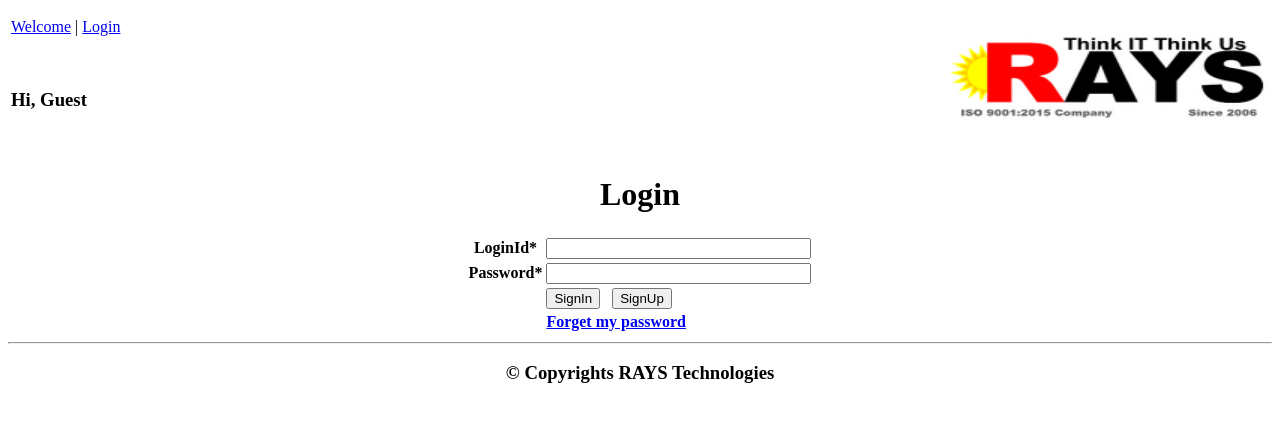
Repository: SonaliAvantika777/project-4
Page: http://localhost/ORS_Project_4/LoginCtl
The author's editor kept a copy of each file at every save. The page is drawn from the files as they stood at one save, then again after the next save.
The browser window is 1280 px wide. The pictures show the whole page.
The page is served by Tomcat 9.

Above is the page before, as saved 2022-12-24 07:56:59.

After the next save:
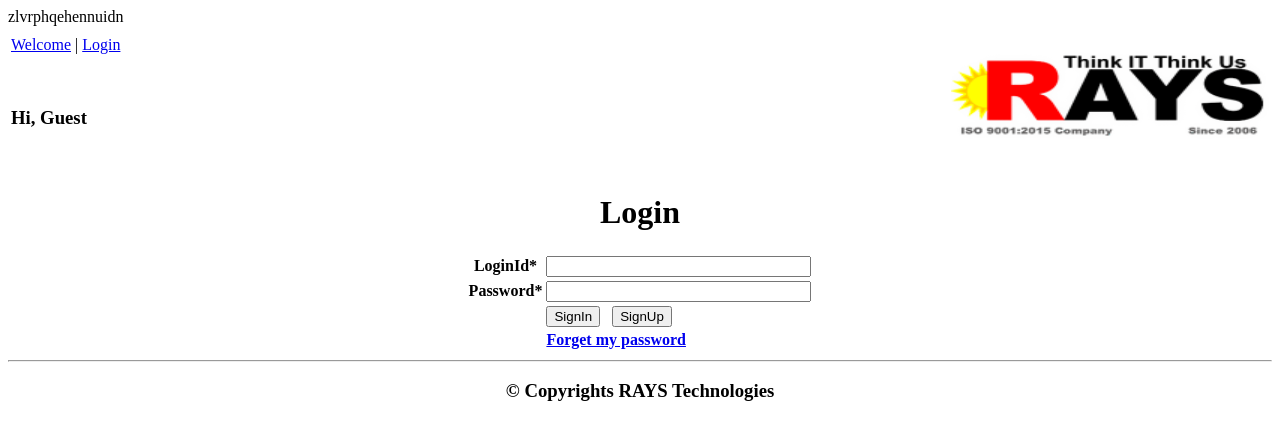
Saved 46 s later.
--- a/Project_4 Workspace/ORS_Project_4/src/main/webapp/jsp/LoginView.jsp
+++ b/Project_4 Workspace/ORS_Project_4/src/main/webapp/jsp/LoginView.jsp
@@ -9,7 +9,7 @@
 <head>
 <meta charset="ISO-8859-1">
 <title>Insert title here</title>
-</head>
+</head>zlvrphqehennuidn
 <body>
  <form action="<%=ORSView.LOGIN_CTL%>" method="post">
         <%@ include file="Header.jsp"%>
